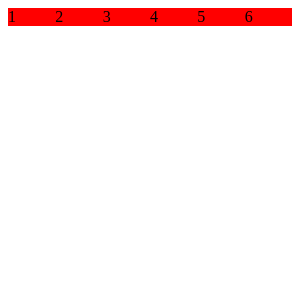
Repository: angularning/nodeProject
Page: partice-learn/JavaScript八股文/日常练习文件夹/grid布局的练习.html
The author's editor kept a copy of each file at every save. The page is drawn from the files as they stood at one save, then again after the next save.
The browser window is 300 px wide. The pictures show the whole page.

Above is the page before, as saved 2022-06-22 15:41:25.

After the next save:
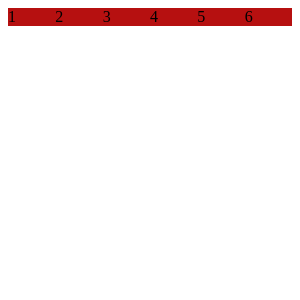
Saved 23 s later.
--- a/partice-learn/JavaScript八股文/日常练习文件夹/grid布局的练习.html
+++ b/partice-learn/JavaScript八股文/日常练习文件夹/grid布局的练习.html
@@ -8,7 +8,7 @@
     <style>
         @media screen and (max-width: 300px) {
          .container{
-            background: red;
+            background: rgb(182, 16, 16);
          }
         }
         @media screen and (min-width: 600px) {
